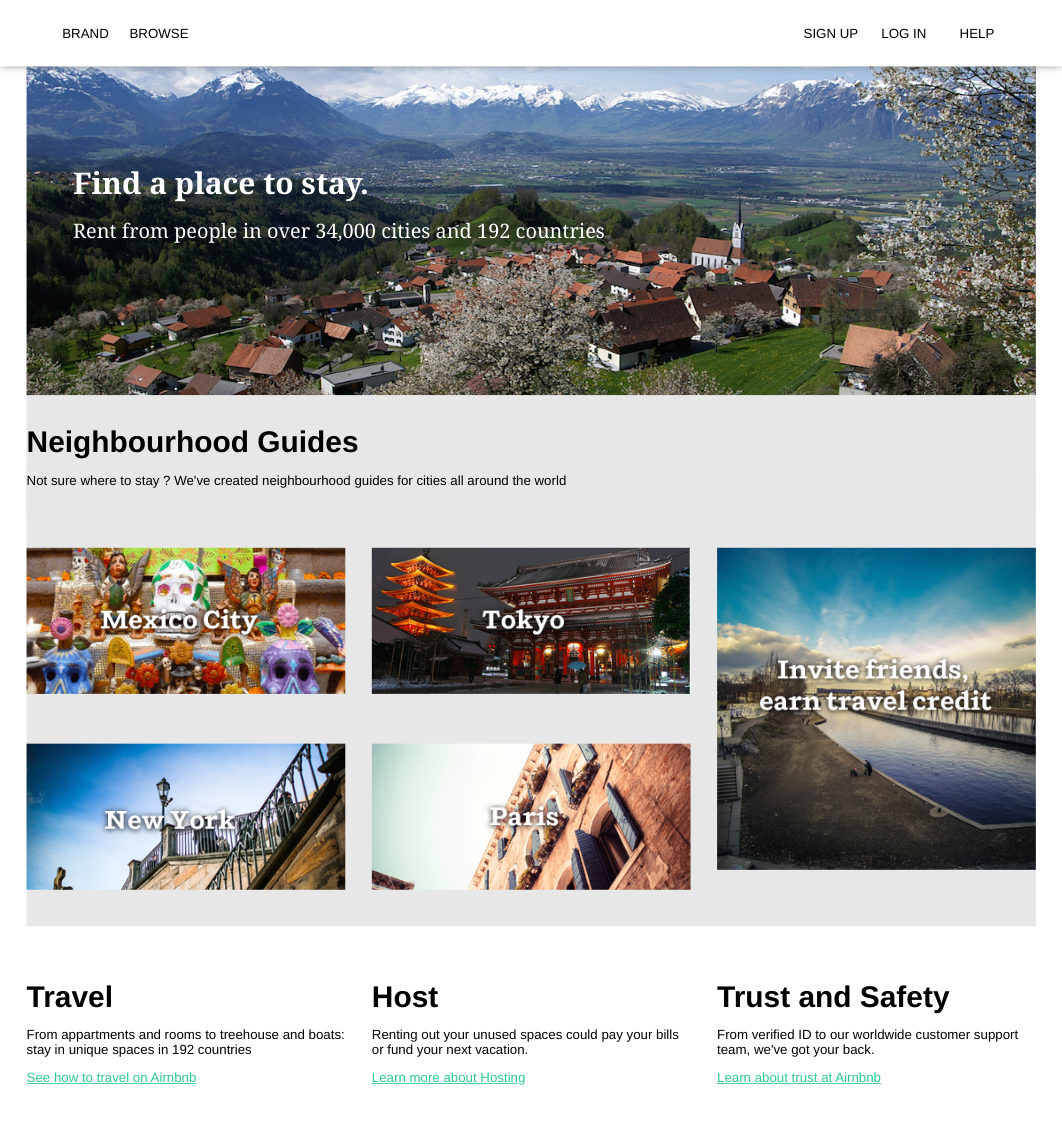
Repository: Naohonproject/web101x02-asm3
Page: Project3.html
An editor plug-in stored every save of this project. The page is shown before and after the next save, followed by the edit.
The browser window is 1280 px wide. The pictures show the whole page, at 83% of full size.

Above is the page before, as saved 2022-01-22 16:18:51.

After the next save:
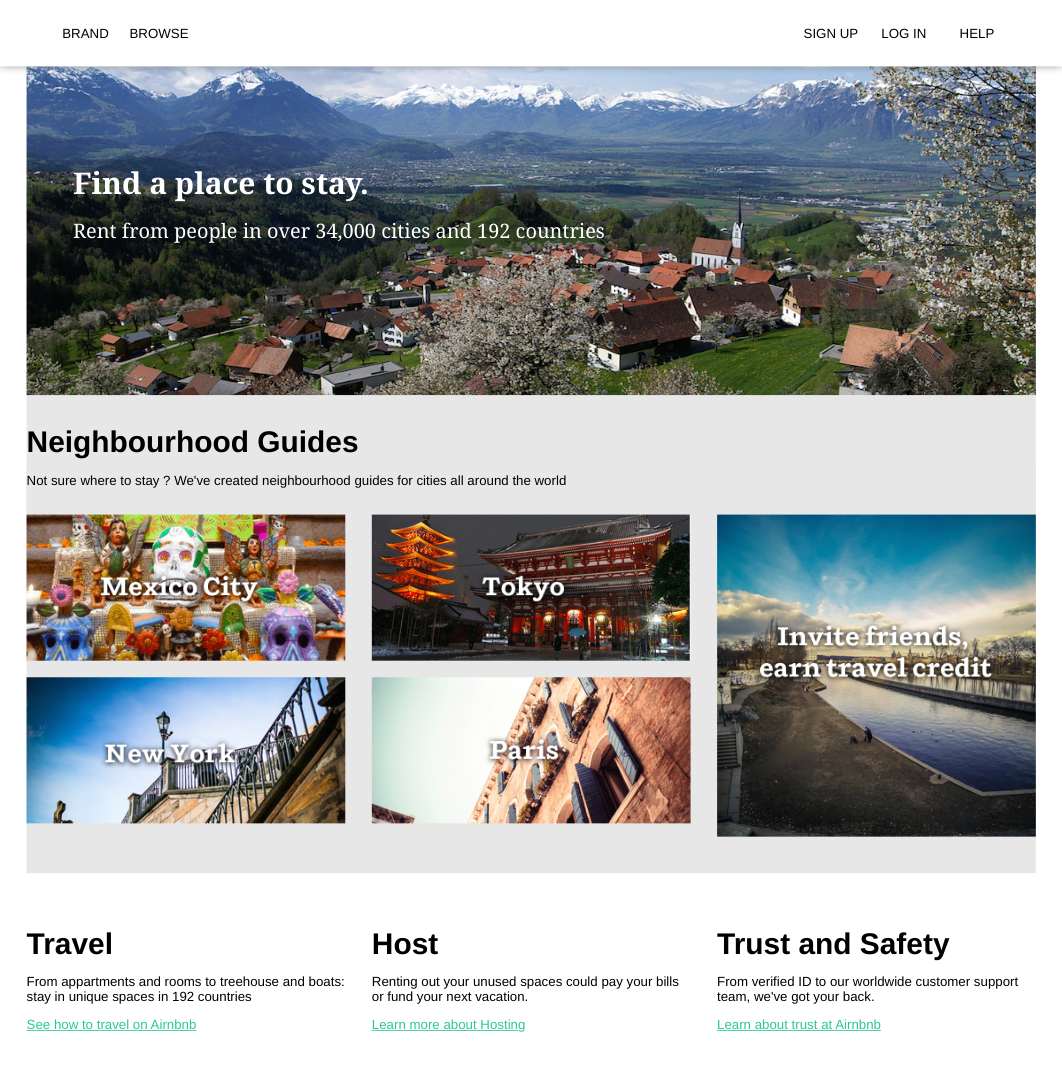
Saved 2 min 14 s later.
--- a/assets/css/responsive.css
+++ b/assets/css/responsive.css
@@ -211,3 +211,8 @@
 #section {
 	margin-top: 0;
 }
+
+#img-list img {
+	width: 100%;
+	margin-top: 16px;
+}
